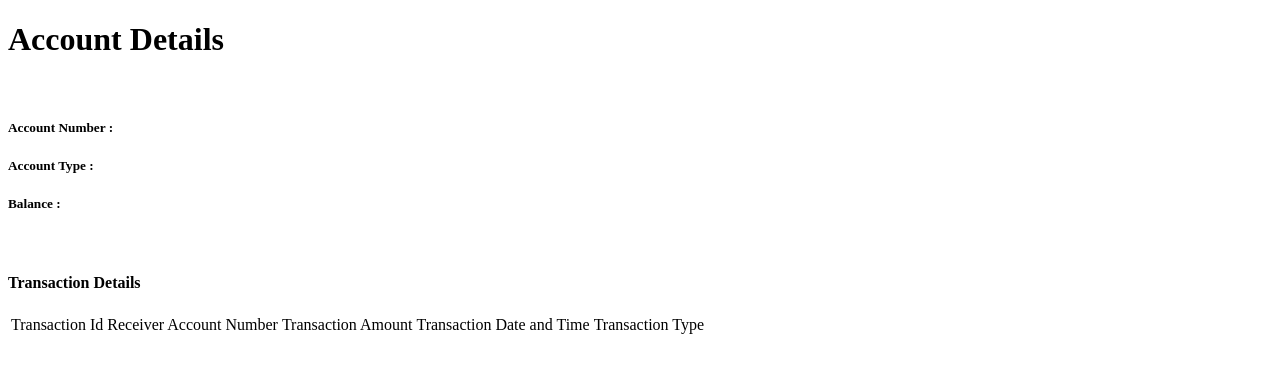
Repository: Shubham-Gawade/SpringHibernateTraining
Page: http://localhost/xorbankonline/WEB-INF/pages/accountdetails.jsp
These files come from the project's save history. The page is drawn as it stood at one moment and after the next save; the edit follows.
The browser window is 1280 px wide. The pictures show the whole page.
The page is served by Tomcat 9. Nobody is signed in. The template is opened directly, without the code that normally fills it, so the values that code supplies are empty.

Above is the page before, as saved 2021-10-05 12:41:54.

After the next save:
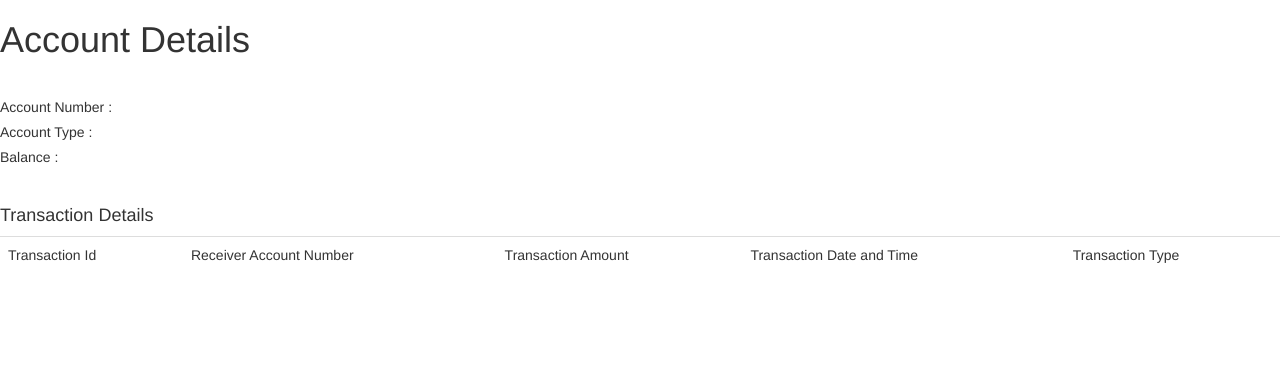
Saved 42 s later.
--- a/xorbankonline/src/main/webapp/WEB-INF/pages/accountdetails.jsp
+++ b/xorbankonline/src/main/webapp/WEB-INF/pages/accountdetails.jsp
@@ -6,6 +6,7 @@
 <head>
 <meta charset="ISO-8859-1">
 <title>Insert title here</title>
+<link rel="stylesheet" href="https://maxcdn.bootstrapcdn.com/bootstrap/3.3.7/css/bootstrap.min.css">
 </head>
 <body>
 <h1>Account Details</h1>
